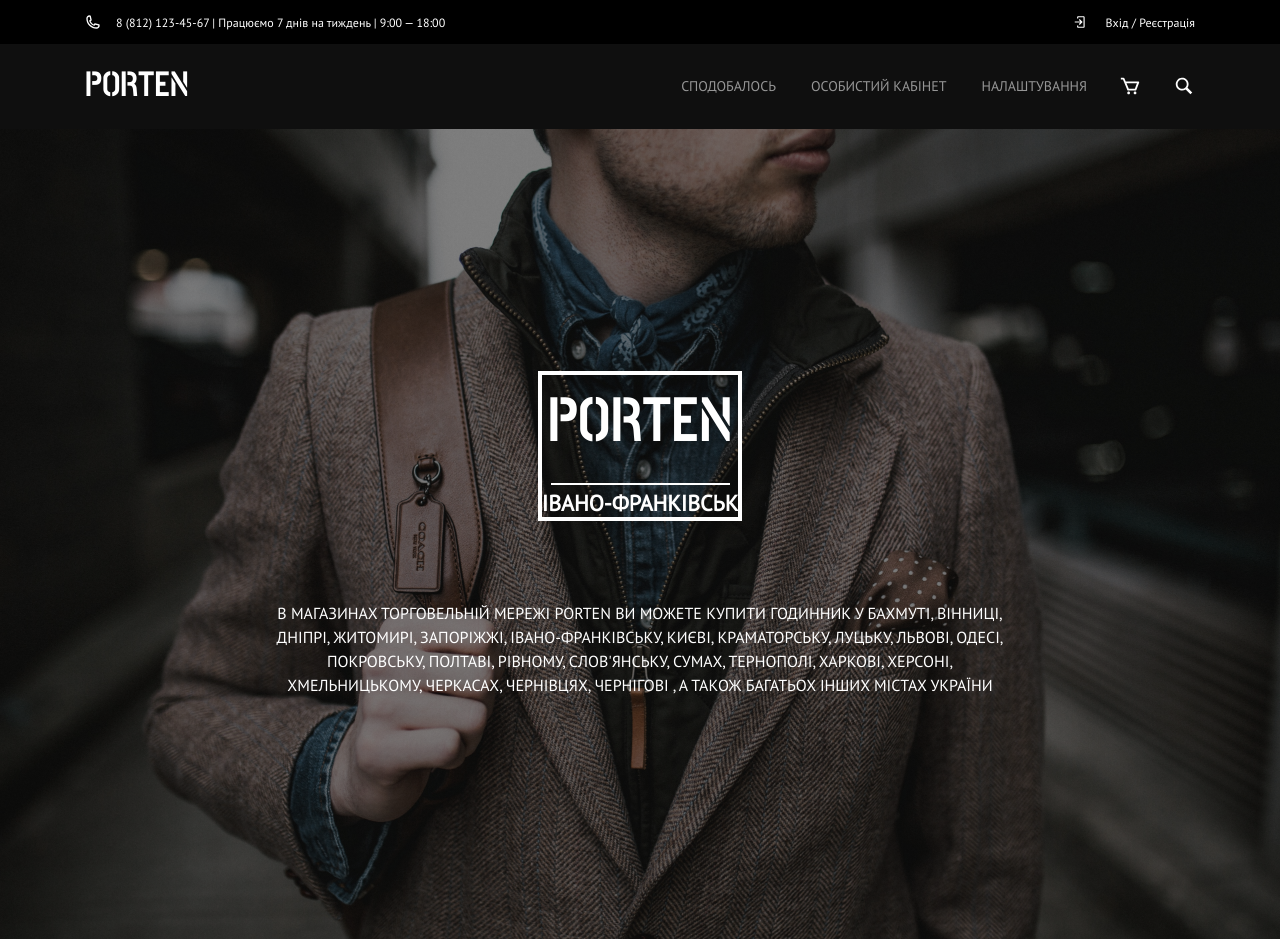
Repository: KYUUBI-K/porten
Page: index.html
These files come from the project's save history. The page is drawn as it stood at one moment and after the next save; the edit follows.
The browser window is 1280 px wide. The pictures show the whole page.

Above is the page before, as saved 2025-09-09 21:24:47.

After the next save:
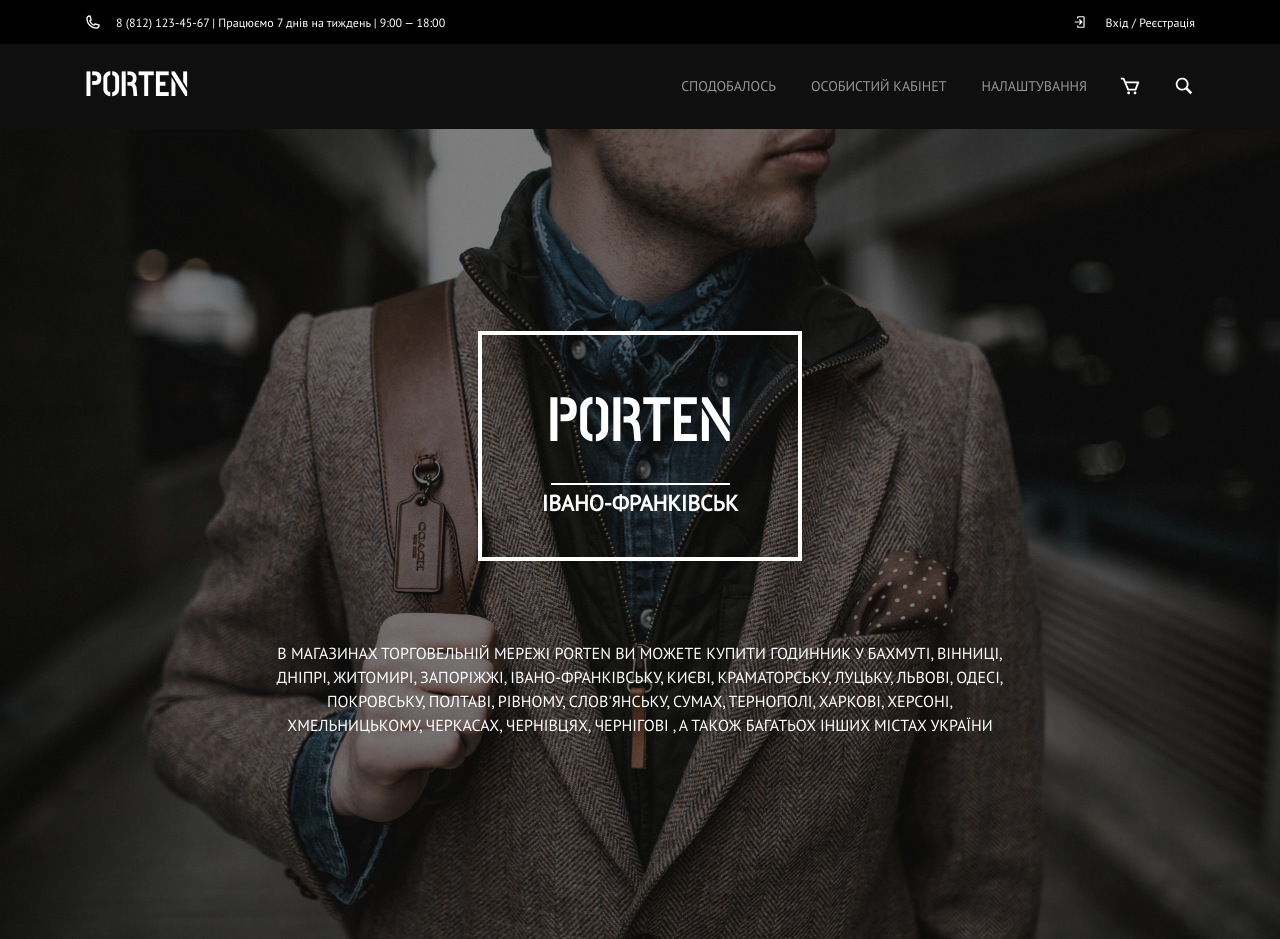
Saved 49 s later.
--- a/styles.css
+++ b/styles.css
@@ -144,6 +144,7 @@
   margin-bottom: 80px;
   border: 4px solid #fff;
   /* padding: 93px 61px 94px 61px; */
+  padding: 40px 60px;
 }
 .banner-title {
   font-family: var(--font-family-logo);
